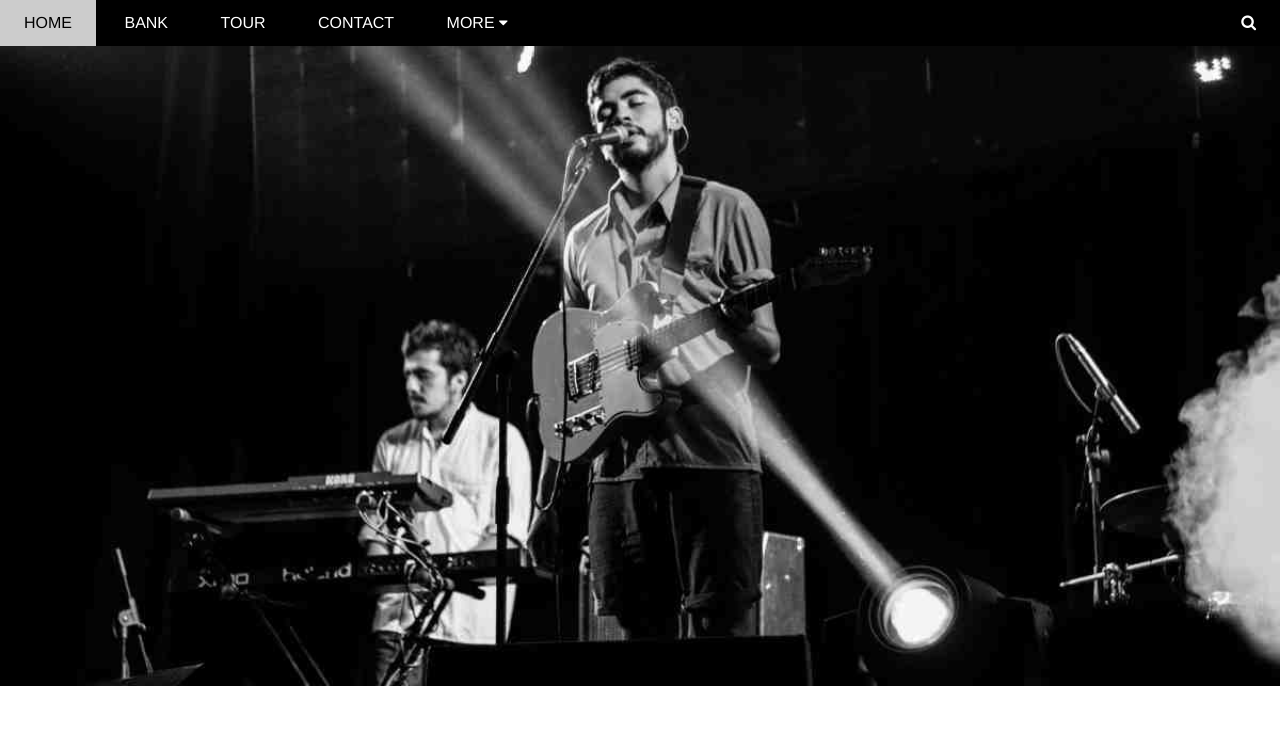
Repository: vuongtm1999/TheBand_W3School
Page: index.html
The author's editor kept a copy of each file at every save. The page is drawn from the files as they stood at one save, then again after the next save.
The browser window is 1280 px wide. The pictures show the whole page.

Above is the page before, as saved 2022-08-25 10:50:34.

### index.html
<!DOCTYPE html>
<html lang="en">
<head>
    <meta charset="UTF-8">
    <meta http-equiv="X-UA-Compatible" content="IE=edge">
    <meta name="viewport" content="width=device-width, initial-scale=1.0">
    <title>Document</title>
    <link rel="stylesheet" href="./assets/css/style.css">
    <link rel="stylesheet" href="https://cdnjs.cloudflare.com/ajax/libs/font-awesome/4.7.0/css/font-awesome.min.css">

</head>
<body>
        <div id="header">
            <!-- begin: nav -->
            <ul id="nav">
                <li><a href="#">Home</a></li>
                <li><a href="#">Bank</a></li>
                <li><a href="#">Tour</a></li>
                <li><a href="#">Contact</a></li>
                <li>
                    <a href="#">More <i style="font-size: 15px;" class="fa fa-caret-down"></i></a>
                    <ul class="subnav">
                        <li><a href="#">Merchandise</a></li>
                        <li><a href="#">Extras</a></li>
                        <li><a href="#">Media</a></li>
                    </ul>
                </li>
            </ul>
            <!-- end: nav -->

            <!-- begin: search button -->
            <div class="search-button">
                <i class="fa fa-search"></i>
            </div>
            <!-- end: search button -->
        </div>

        <div id="slider">
            <div class="text-content">
                <div class="container">
                    <h2 class=text-heading>
                        Chicago
                    </h2>
                    <div class="text-description">
                        Thank you, Chicago - A night we won't forget.
                    </div>
                </div>
            </div>
        </div>

        <div id="container">
            <div id="content">

            </div>

        </div>

        <div id="footer">

        </div>
    </div>
</body>
</html>

### assets/css/style.css
/* reset CSS */
* {
    margin: 0;
    padding: 0;
    box-sizing: border-box;
}

html {
    font-family: Helvetica, Arial, sans-serif;
}

#nav, .subnav{
    list-style-type: none;
}

#nav{
    display: inline-block;
}

/*
Nguyen tac lam viec
1. Vi tri
2. Kich thuoc
3. Mau sac
4. Kieu dang (kieu chu, hinh tron hay hinh vuong,...)
*/

/*
Tu ngoai vao trong
Tu tren xuong duoi
TU tong quan den chi tiet
 */

#main {}

#header {
    position: fixed;
    height: 46px;
    background-color: #000;
    color: #fff;
    top: 0;
    left: 0;
    right: 0;
}

#nav li {
    text-decoration: none;
    line-height: 46px;
}

a{
    text-decoration: none;
}

#nav > li > a {
    /* display: inline-block; */
    padding: 0px 24px;
    color: #ffffff;
    text-transform: uppercase;
}

#nav > li {
    display: inline-block;
}

#nav li:last-child {
    position: relative;
}

#nav .subnav {
    background-color: #fff;
    position: absolute;
    display: none;
    top: 100%;
    left: 0;
    box-shadow:  0px 0px 10px rgba(0, 0, 0, 0.3);
    min-width: 160px;
}

#nav .subnav a{
    color: #000;
    padding: 0px 12px;
    line-height: 30px;
    display: inline-block;
    width: 100%;
}

#nav .subnav li:hover,
#nav > li:hover > a {
    color: #000;
    background-color: #ccc;
    display: block;
}

#nav > li:last-child:hover .subnav{
    display: block;
}

/* search btn */
#header .search-button{
    float: right;
    line-height: 46px;
    padding: 0 24px;
}

#header .search-button:hover{
    background-color: #f44336;
    cursor: pointer;
}

#slider {
    /* background-color: rgb(27, 22, 22); */
    margin-top: 46px;
/* padding-top bang 50% chieu rong cua thanh phan do */
    padding-top: 50%;
    position: relative;
    background: url("/assets/img/chicago.jpg") top center / cover no-repeat;
}

#slider .text-content{
    position: absolute;
    color: white;
    /* bottom: 48px; */
}





#container {}

#content {}

#footer {}

After the next save:
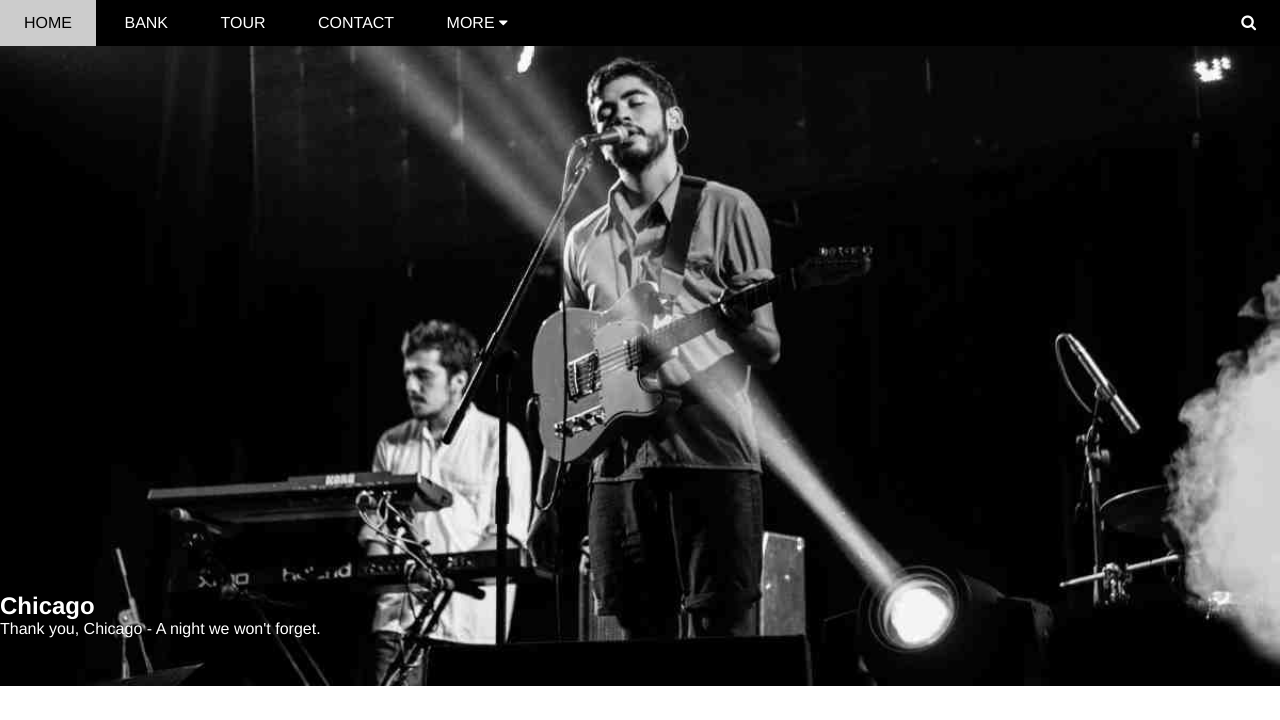
Saved 10 s later.
--- a/assets/css/style.css
+++ b/assets/css/style.css
@@ -120,7 +120,7 @@ a{
 #slider .text-content{
     position: absolute;
     color: white;
-    /* bottom: 48px; */
+    bottom: 48px;
 }
 
 
